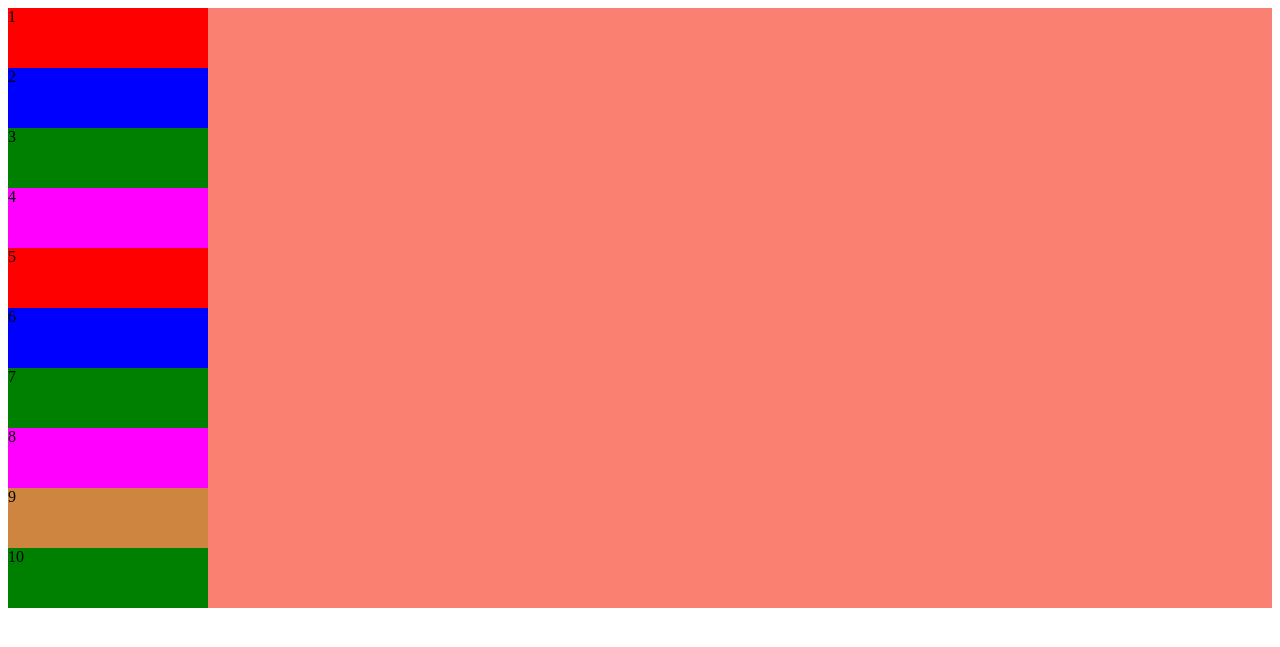
Repository: DinkarRavi/Dinkar_Coding
Page: 22aug24/grid.html
The author's editor kept a copy of each file at every save. The page is drawn from the files as they stood at one save, then again after the next save.
The browser window is 1280 px wide. The pictures show the whole page.

Above is the page before, as saved 2024-08-22 15:05:06.

### 22aug24/grid.html
<!DOCTYPE html>
<html lang="en">
<head>
    <meta charset="UTF-8">
    <meta name="viewport" content="width=device-width, initial-scale=1.0">
    <title>Document</title>
    <link rel="stylesheet" href="grid.css">
</head>
<body>

        <div id="parent">
        <div>1</div>
        <div>2</div>
        <div>3</div>
        <div>4</div>
        <div>5</div>
        <div>6</div>
        <div>7</div>
        <div>8</div>
        <div>9</div>
        <div>10</div>

    </div>
</body>
</html>

### 22aug24/grid.css


#parent{
border: 2px;
background-color: salmon;
height: 600px;
display: grid;
grid-template-columns: 200px;
grid-template-rows: ;
}
div{
div:nth-child(1) {
  background: red;
}
div:nth-of-type(2) {
    background: blue;
  }
  div:nth-child(3) {
    background: green;
  }
  div:nth-child(4) {
    background: magenta;
  }
  div:nth-child(5) {
    background: red;
  }
  div:nth-of-type(6) {
      background: blue;
    }
    div:nth-child(7) {
      background: green;
    }
    div:nth-child(8) {
      background: magenta;
    }
    div:nth-child(9) {
        background:peru;
      }
      div:nth-child(10) {
        background: green;}
}

After the next save:
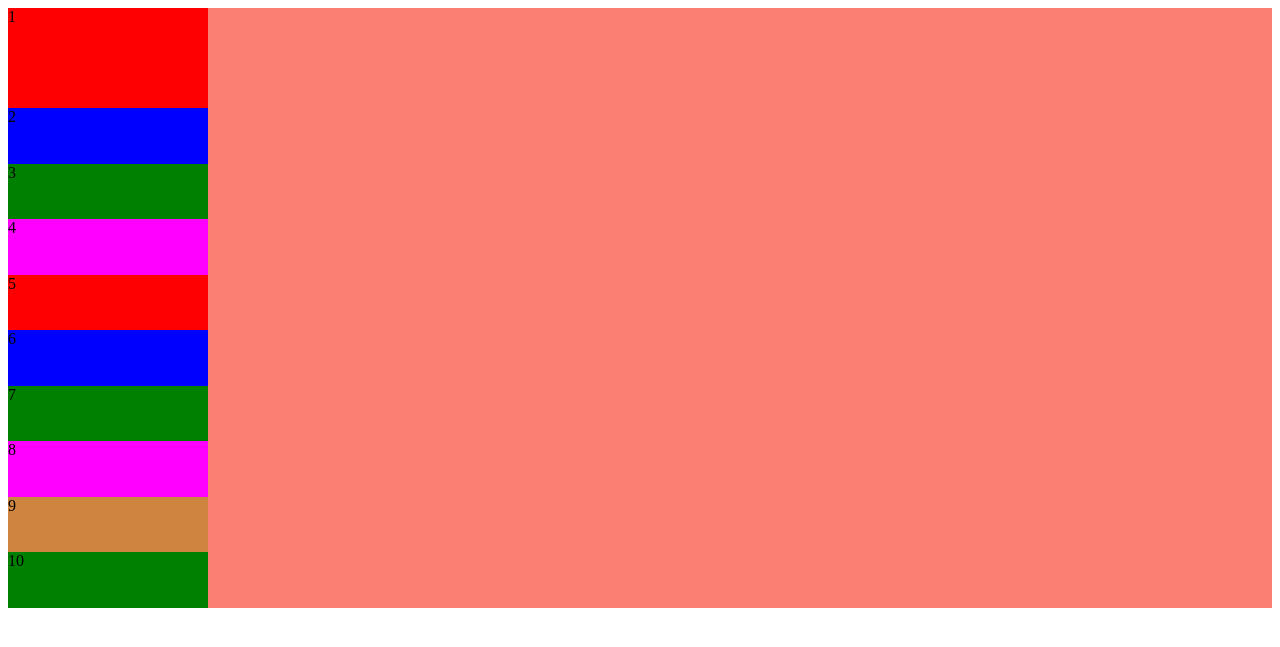
Saved 4 s later.
--- a/22aug24/grid.css
+++ b/22aug24/grid.css
@@ -6,7 +6,7 @@ background-color: salmon;
 height: 600px;
 display: grid;
 grid-template-columns: 200px;
-grid-template-rows: ;
+grid-template-rows: 100px;
 }
 div{
 div:nth-child(1) {
